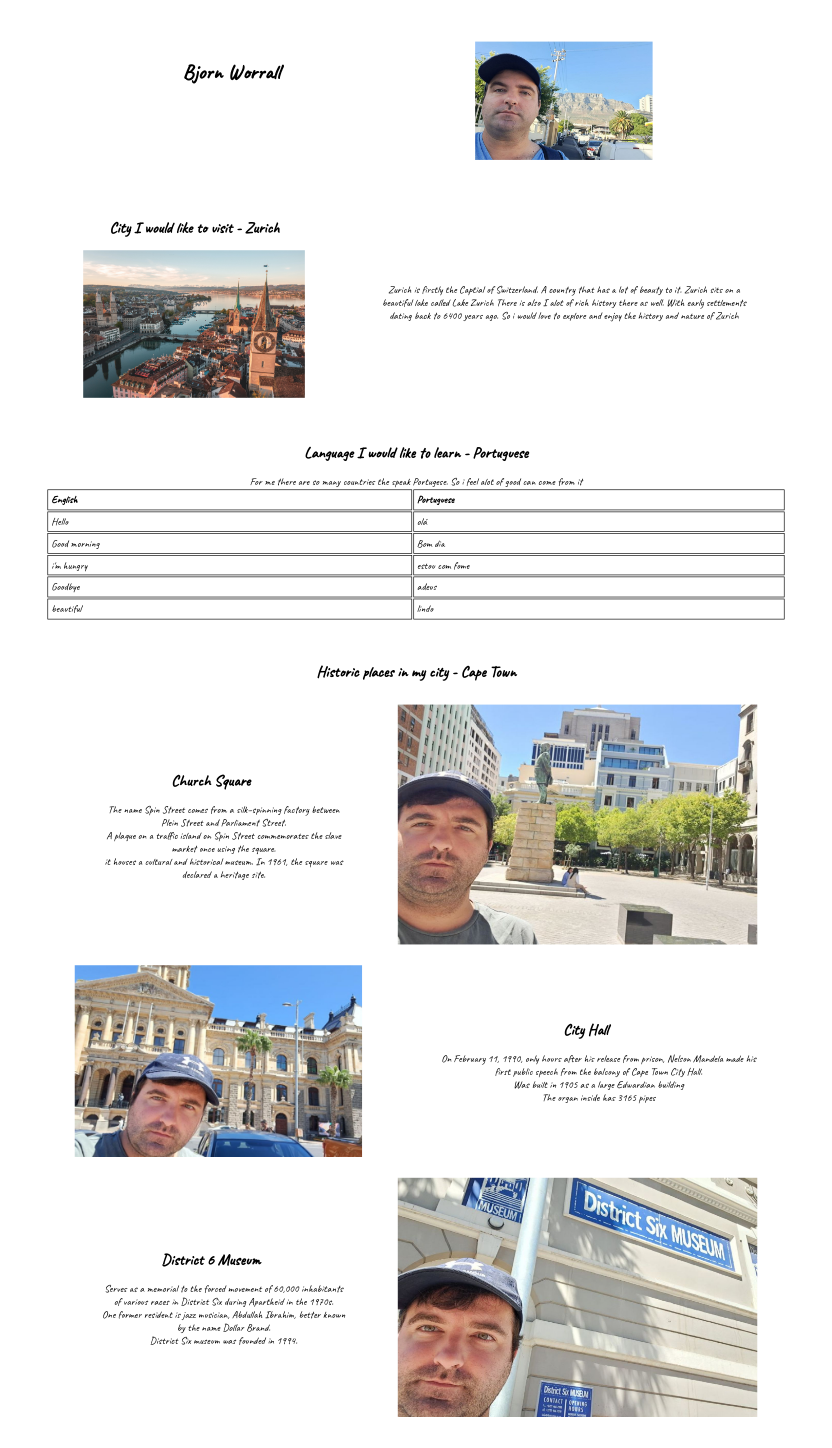
Repository: lasity34/basic-webpage
Page: no_framework/index.html
These files come from the project's save history. The page is drawn as it stood at one moment and after the next save; the edit follows.
The browser window is 1280 px wide. The pictures show the whole page, at 65% of full size.

Above is the page before, as saved 2023-03-03 12:11:45.

After the next save:
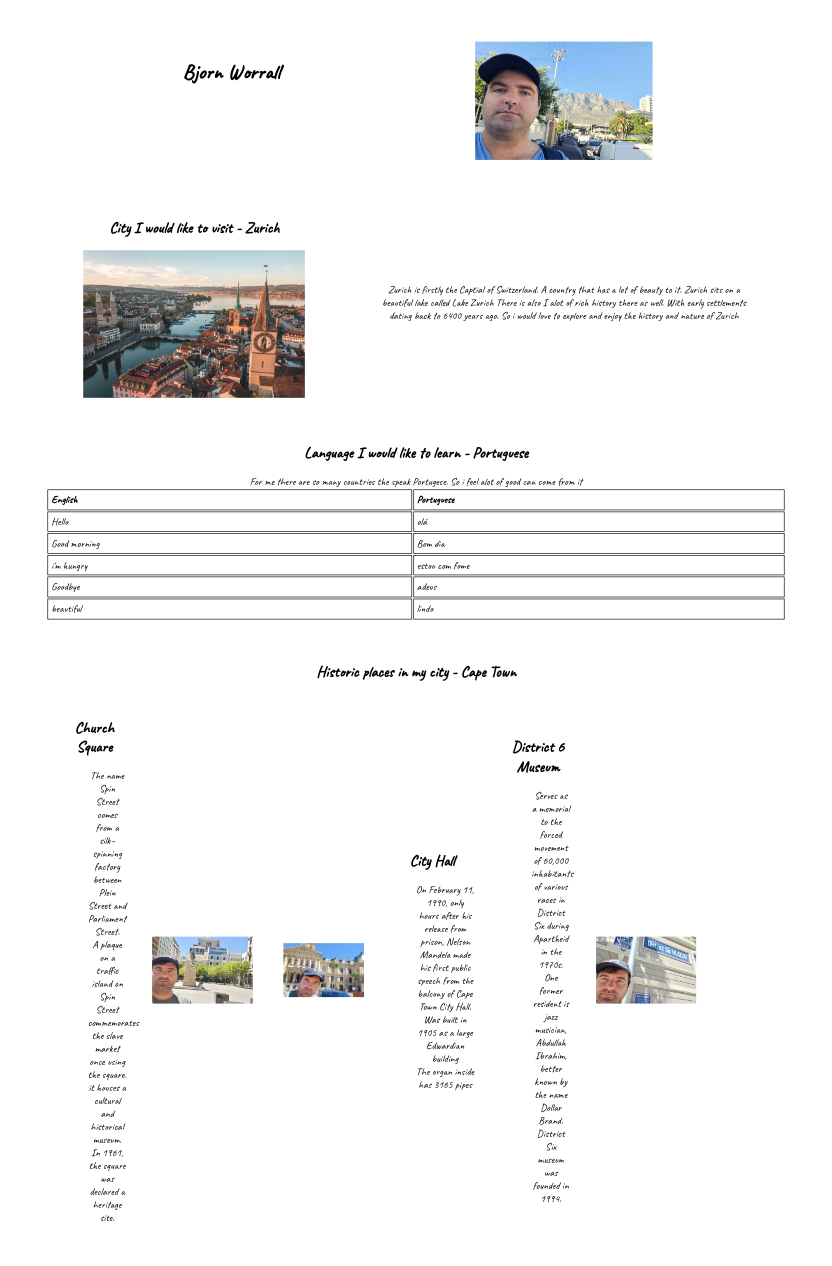
Saved 27 s later.
--- a/no_framework/styles.css
+++ b/no_framework/styles.css
@@ -119,6 +119,7 @@ th {
 
   #places_grid {
     display: grid;
+    grid-template-columns: 30% 30% 30%;
   }
 
 }
